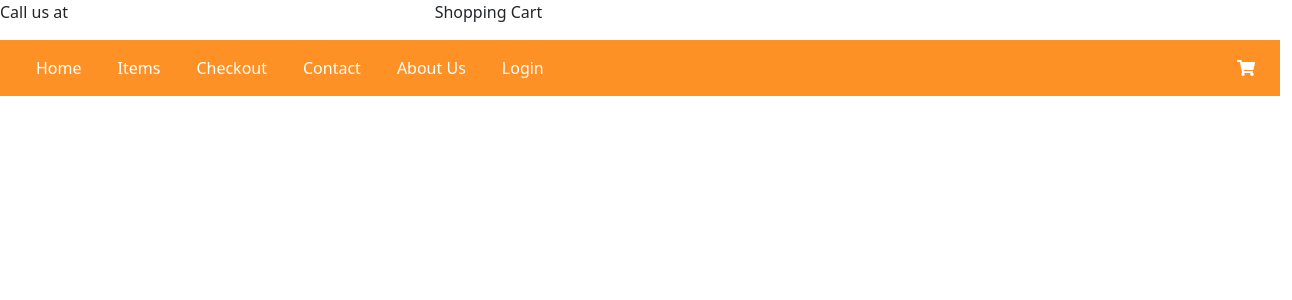
Repository: SaudCh/React-Ecommerce
Page: /login
The author's editor kept a copy of each file at every save. The page is drawn from the files as they stood at one save, then again after the next save.
The browser window is 1280 px wide. The page is 1292 px wide, so the pictures cover 1292 px, including what lies to the right of the window. The pictures show the whole page.
The project was rebuilt for these pictures with package versions that can differ from the ones it lists, and the page was loaded fresh each time. Also part of the build but not shown: src/App.css.

Above is the page before, as saved 2021-12-05 12:31:56.

After the next save:
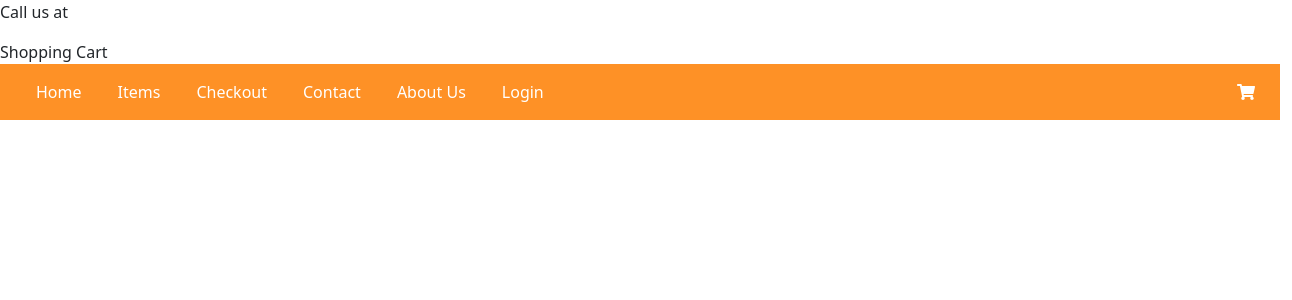
Saved 29 s later.
--- a/src/Header/Header.jsx
+++ b/src/Header/Header.jsx
@@ -9,11 +9,11 @@ export default function Header() {
     <div>
       <nav className="cotainer-fluid">
         <div className="row">
-          <div className="col-4">
+          <div className="col-12">
             <p>Call us at </p>
           </div>
-          <div className="col-4">Shopping Cart</div>
-          <div className="col-4"></div>
+          <div className="col-12">Shopping Cart</div>
+          <div className="col-12"></div>
         </div>
       </nav>
       <nav
